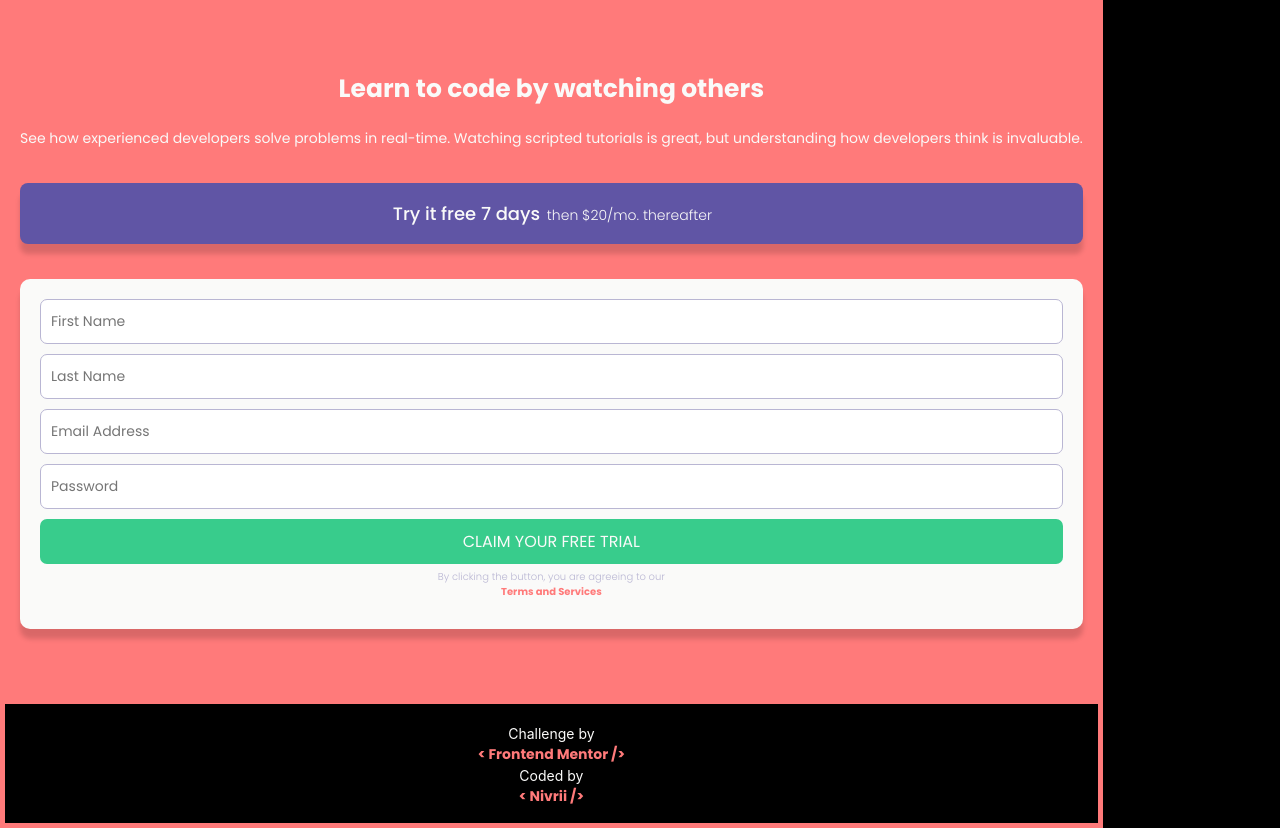
Repository: nivrii/intro-component-with-signup
Page: /
The author's editor kept a copy of each file at every save. The page is drawn from the files as they stood at one save, then again after the next save.
The browser window is 1280 px wide. The pictures show the whole page.
The project was rebuilt for these pictures with package versions that can differ from the ones it lists, and the page was loaded fresh each time. Also part of the build but not shown: vite.config.js.

Above is the page before, as saved 2023-10-14 17:09:32.

After the next save:
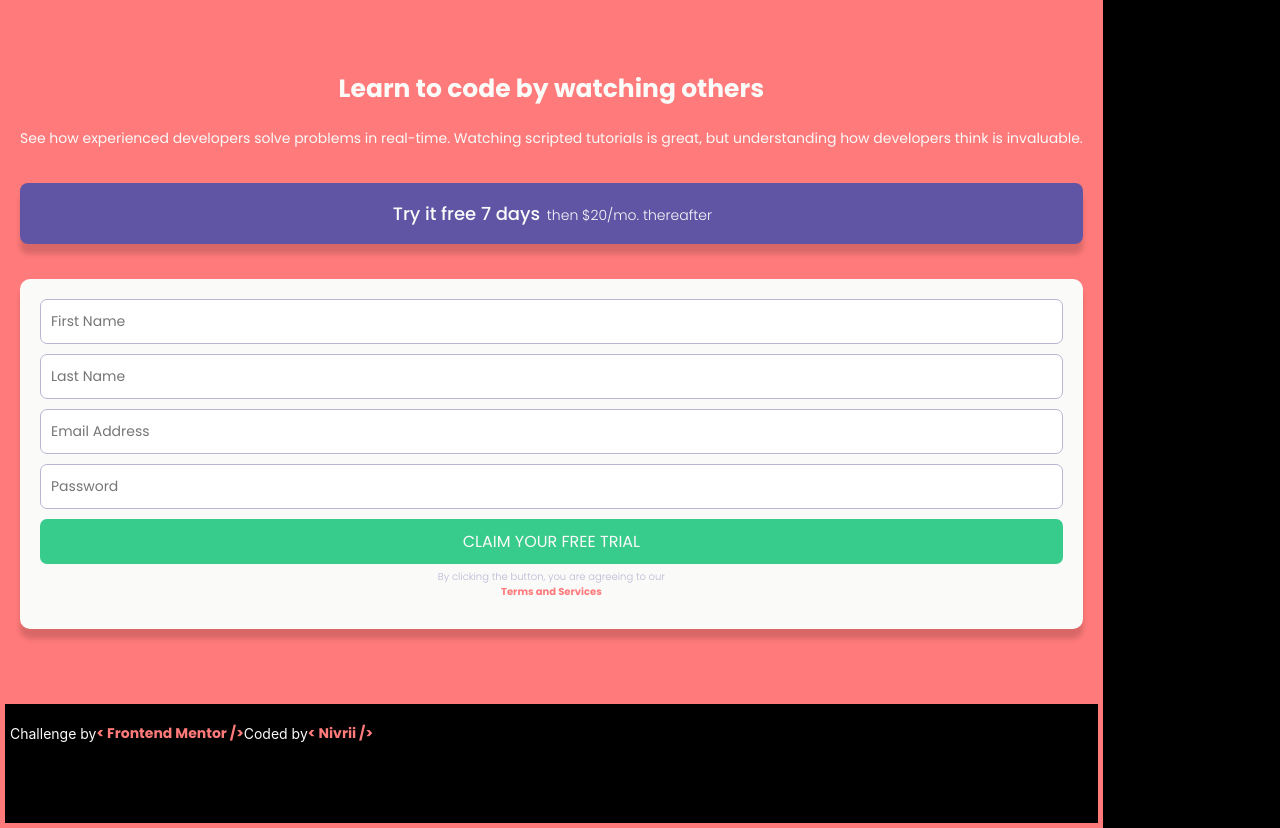
Saved 57 s later.
--- a/src/Footer/Footer.css
+++ b/src/Footer/Footer.css
@@ -11,7 +11,7 @@
   color: var(--white);
   font-family: "Poppins-regular" sans-serif;
   display: flex;
-  flex-direction: column;
+  /* flex-direction: column; */
   text-align: center;
   font-size: 14px;
   & a {

After the save that followed:
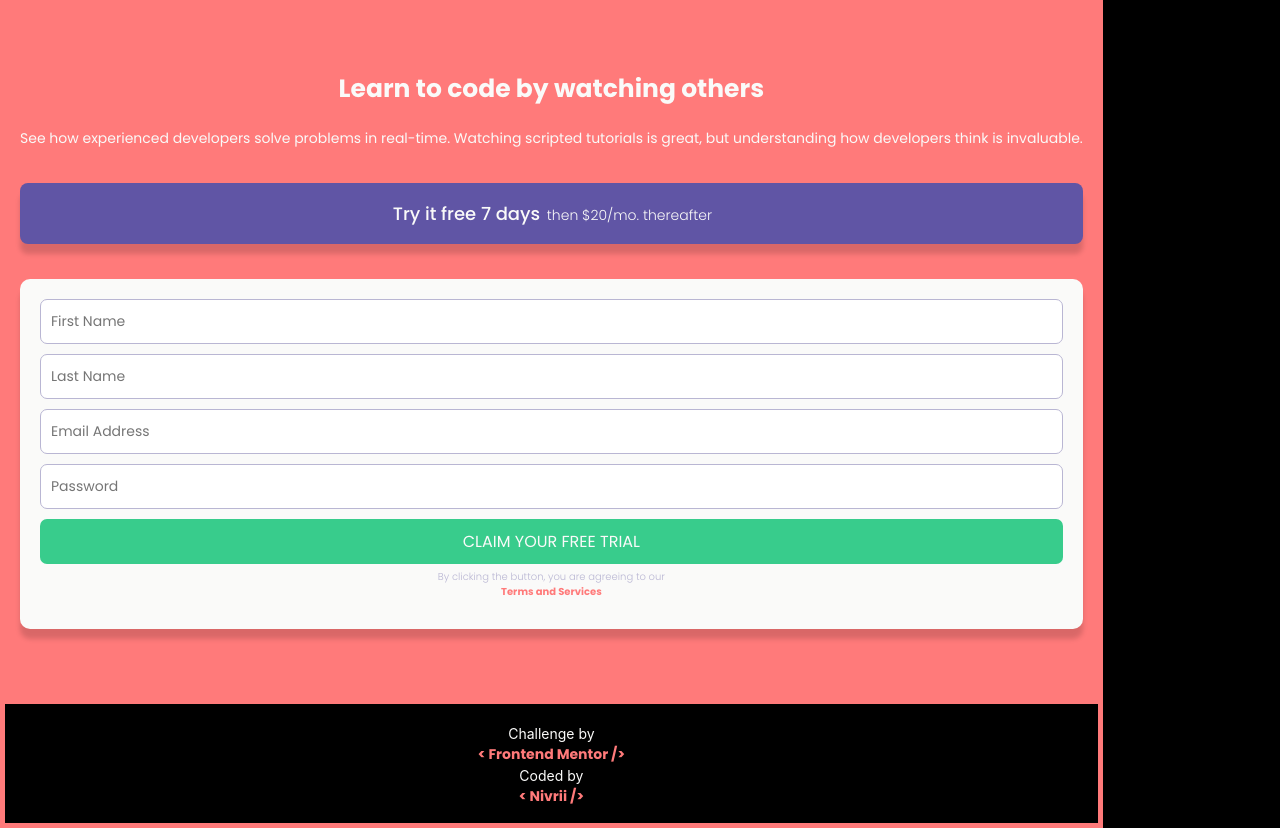
Saved 6 s later.
--- a/src/Footer/Footer.css
+++ b/src/Footer/Footer.css
@@ -11,7 +11,7 @@
   color: var(--white);
   font-family: "Poppins-regular" sans-serif;
   display: flex;
-  /* flex-direction: column; */
+  flex-direction: column;
   text-align: center;
   font-size: 14px;
   & a {
